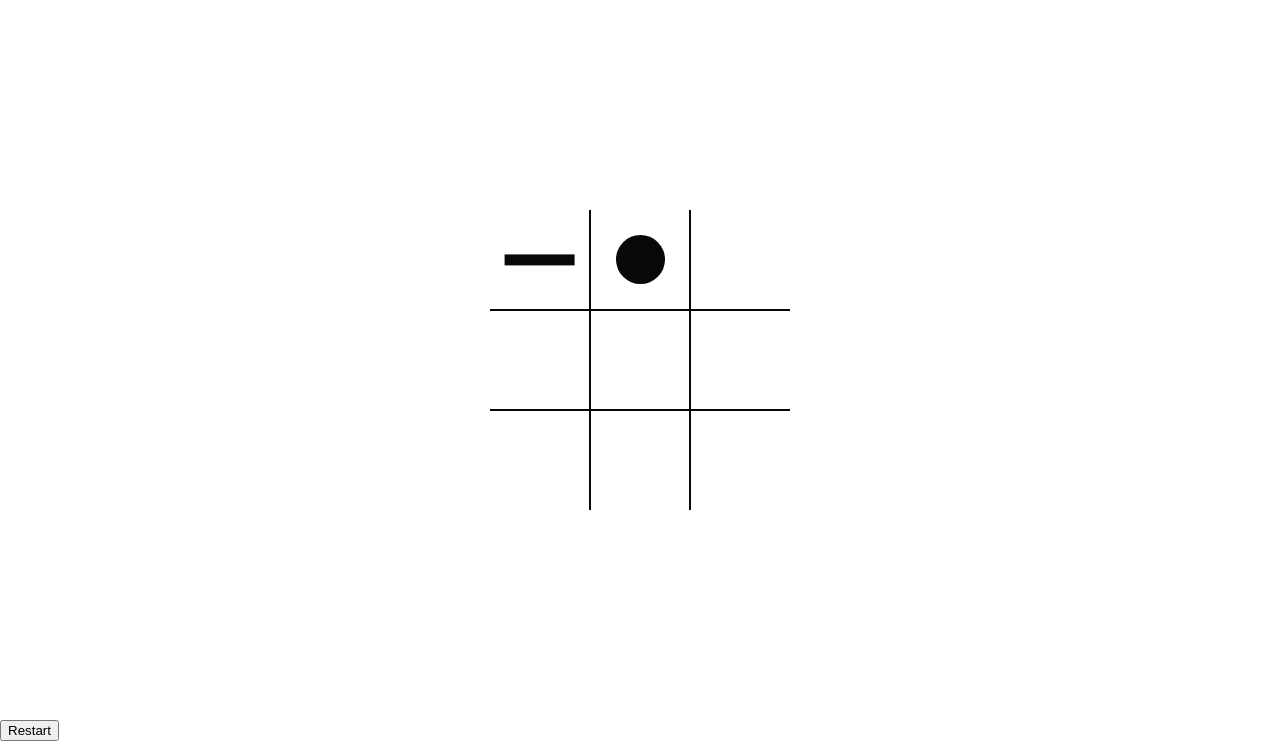
Repository: kkyler24/MCLA
Page: devFiles/TictactoeFiles/ticTacToe.html
The author's editor kept a copy of each file at every save. The page is drawn from the files as they stood at one save, then again after the next save.
The browser window is 1280 px wide. The pictures show the whole page.

Above is the page before, as saved 2020-04-17 13:40:34.

### devFiles/TictactoeFiles/ticTacToe.html
<!DOCTYPE html>
<html lang="en">

<head>
    <meta charset="UTF-8">
    <meta name="viewport" content="width=device-width, initial-scale=1.0">
    <link rel="stylesheet" type="text/css" href="tictactoe.css">
    <script src="tictactoe.js" defer></script>
    <title>Tic Tac Toe</title>
</head>

<body>
    <sectionOne>
        <!-- NavBar -->
        <!-- <nav class="navbar navbar-light bg-light">
            <!-- Image Logo -->
            <!-- <a class="navbar-brand" href="#">
                <img src="/docs/4.0/assets/brand/bootstrap-solid.svg" width="30" height="30"
                    class="d-inline-block align-top" alt="">
                Bootstrap -->
            <!-- </a> -->
        </nav>
    </sectionOne>
<sectionTwo>

<div class="BoardOne" id="BoardOne">
    <div class="cellBOne dash" data-cell></div>
    <div class="cellBOne circle" data-cell></div>
    <div class="cellBOne" data-cell></div>
    <div class="cellBOne" data-cell></div>
    <div class="cellBOne" data-cell></div>
    <div class="cellBOne" data-cell></div>
    <div class="cellBOne" data-cell></div>
    <div class="cellBOne" data-cell></div>
    <div class="cellBOne" data-cell></div>
</div>
<div class="winning-message-One" id="winningMessageOne">
    <div class="data-winning-message-text-One"></div>
    <button id="restartButtonOne">Restart</button>
</div>



</sectionTwo>











</body>

### devFiles/TictactoeFiles/tictactoe.css
*,*::after, *::before{
    box-sizing: border-box;
}
:root {
    --cell-size:100px;
    --mark-size:calc(var(--cell-size)*.7);
    /* this makes the preview marks 90% of the cell size it edits the width of your dot or dash */
}

body{
    margin:0;
}

.BoardOne{
    width: 100vw;
    height: 100vh;
    display: grid;
    justify-content: center;
    align-content: center;
    align-items: center;
    justify-items: center;
    grid-template-columns: repeat(3,auto);
    /* this resizes the grid and makes all the cells automatically evenly sized */
}
.cellBOne{
    width: var(--cell-size);
    height: var(--cell-size);
    border: 1px solid rgb(8, 8, 8);
    display: flex;
    justify-content: center;
    align-items: center;
    position: relative;
}
.cellBOne:first-child,
.cellBOne:nth-child(2),
.cellBOne:nth-child(3){
    border-top: none;
}

.cellBOne:nth-child(3n+1){
    border-left: none;
}

.cellBOne:nth-child(3n+3){
    border-right: none;
}

.cellBOne:last-child,
.cellBOne:nth-child(8),
.cellBOne:nth-child(7){
    border-bottom: none;
}

.cellBOne.dash::before{
    content: "";
    width: calc(var(--mark-size)*.16);
    /* controls the height of the dashes */
    transform: rotate(90deg);
    height: var(--mark-size);
    background-color: rgb(8, 8, 8);
    /* controls how the dashes look */
    position: relative;
}

.cellBOne.circle::after{
    content: "";
    position: absolute;
    width: calc(var(--mark-size)*.7);
    /* controls the height of the cricles */
    /* transform: rotate(90deg); */
    height: calc(var(--mark-size)*.7);
    background-color: rgb(8, 8, 8);
    /* controls how the dashes look */
    border-radius: 50%;

}

Loaded but not shown: devFiles/TictactoeFiles/tictactoe.js (no stored copy; drawn as an empty file)

After the next save:
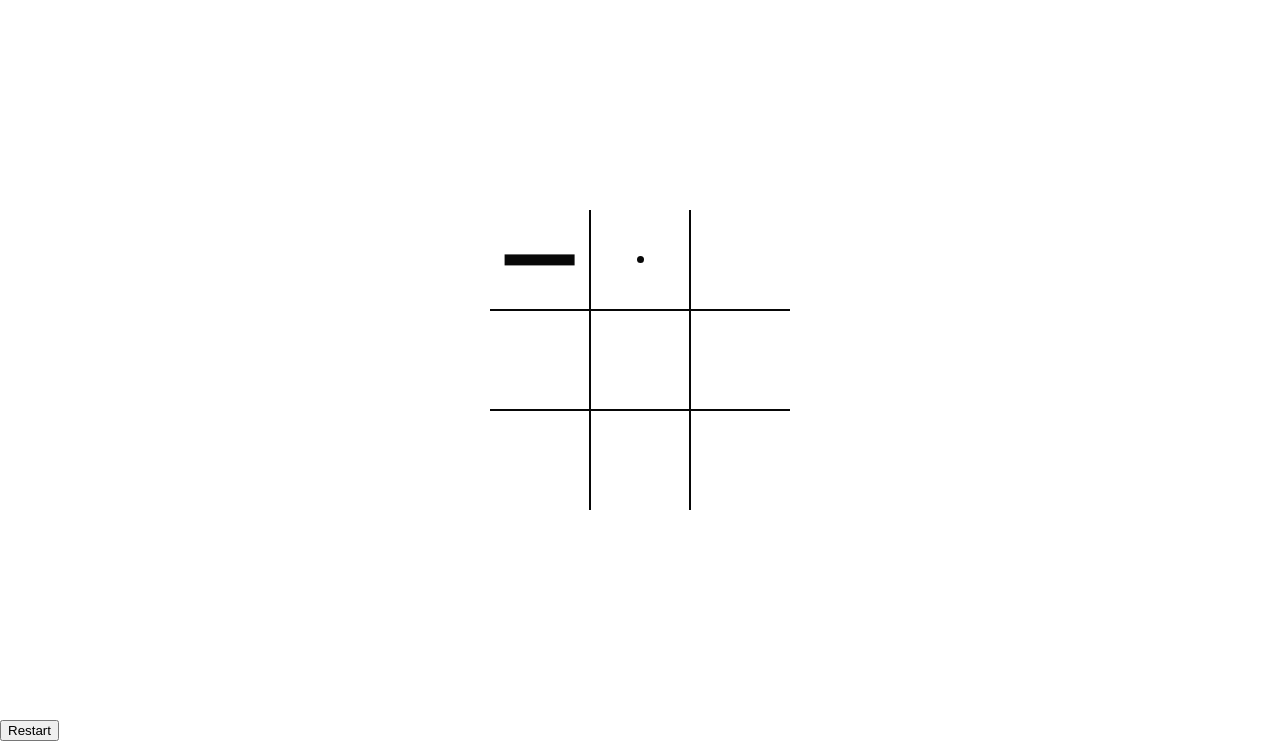
Saved 9 s later.
--- a/devFiles/TictactoeFiles/tictactoe.css
+++ b/devFiles/TictactoeFiles/tictactoe.css
@@ -65,10 +65,10 @@ body{
 .cellBOne.circle::after{
     content: "";
     position: absolute;
-    width: calc(var(--mark-size)*.7);
+    width: calc(var(--mark-size)*.10);
     /* controls the height of the cricles */
     /* transform: rotate(90deg); */
-    height: calc(var(--mark-size)*.7);
+    height: calc(var(--mark-size)*.10);
     background-color: rgb(8, 8, 8);
     /* controls how the dashes look */
     border-radius: 50%;
